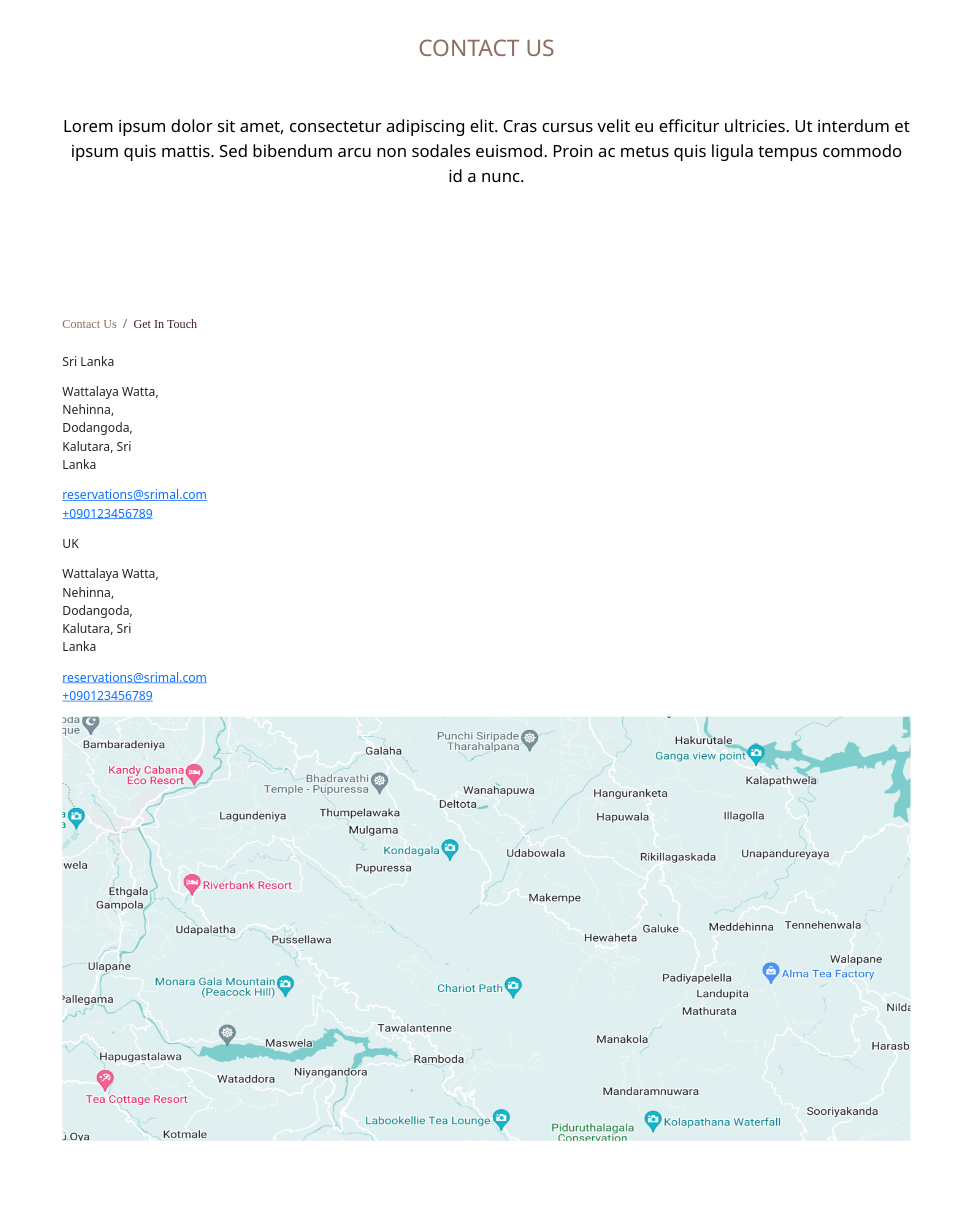
Repository: kaushalyaweerakoon/Plantation-Villa
Page: contact-us.html
The author's editor kept a copy of each file at every save. The page is drawn from the files as they stood at one save, then again after the next save.
The browser window is 1280 px wide. The pictures show the whole page, at 76% of full size.
Some web fonts or font styles are not loaded; a fallback is used.

Above is the page before, as saved 2022-08-15 11:09:06.
Not found: assets/js/main.js

After the next save:
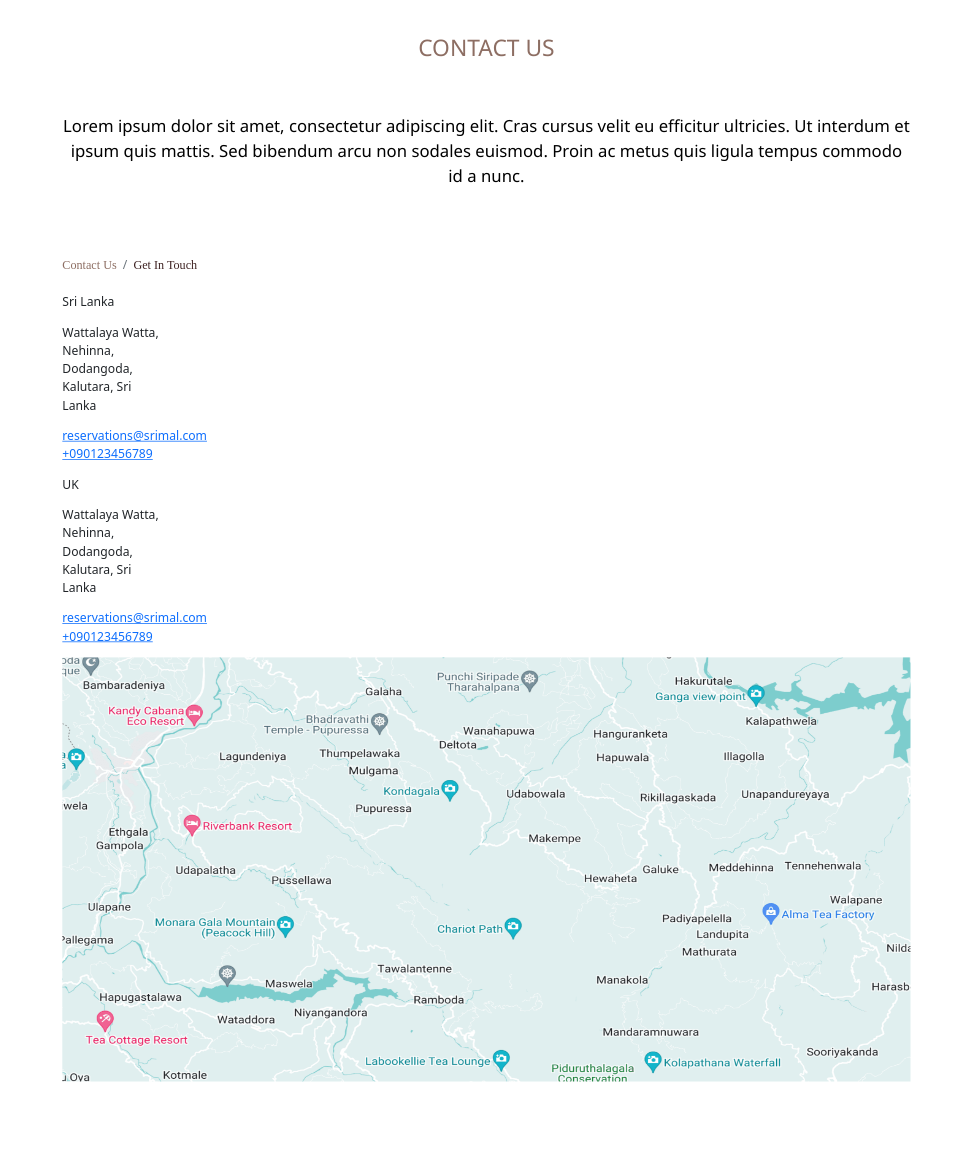
Saved 4 min 24 s later.
--- a/contact-us.html
+++ b/contact-us.html
@@ -40,13 +40,6 @@
 
 
 <div class="container">
-
-    <div class="row ">
-        <div class="col">
-            <p class="mb-0 lh-1 fw-normal  fs-30-px text-white Lora-ff">Plantation Villa
-            </p>
-        </div>
-    </div>
 
     <!-- Breadcrumb -->
     <nav aria-label="" class="mt-5 mb-4 ">
